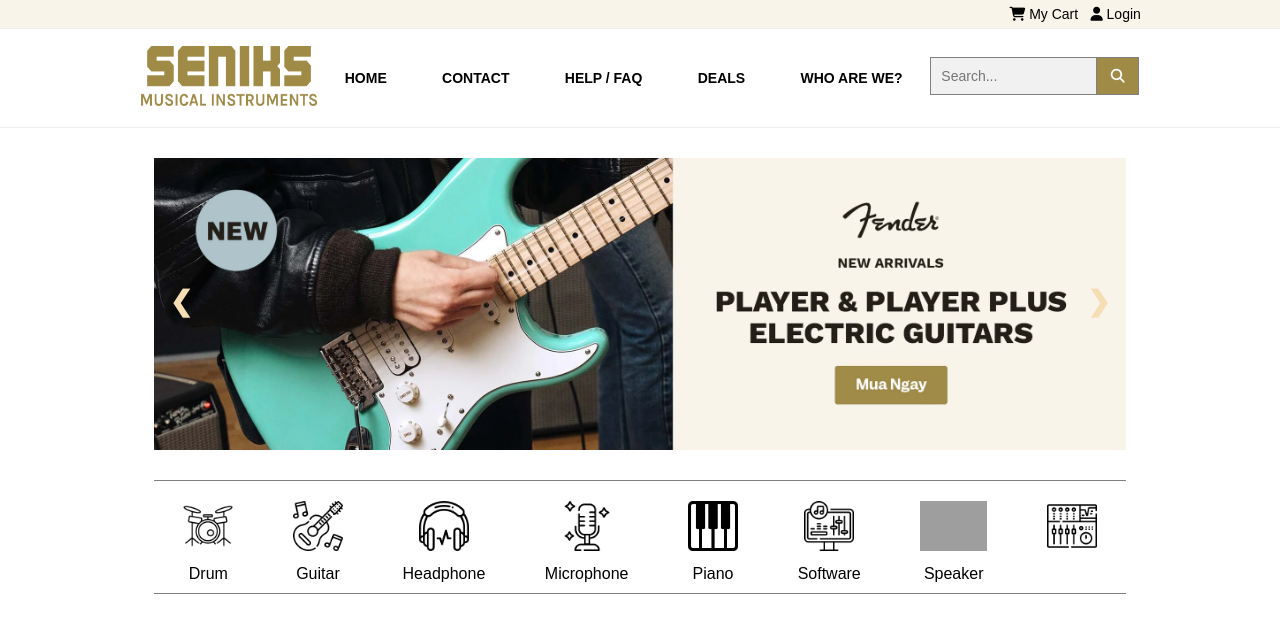
Repository: kuni-hoangnguyen/Do-an-tkweb-nam1
Page: index.html
These files come from the project's save history. The page is drawn as it stood at one moment and after the next save; the edit follows.
The browser window is 1280 px wide. The pictures show the whole page.
Pictures or frames that could not be fetched are drawn as grey boxes.

Above is the page before, as saved 2023-09-18 16:28:23.

After the next save:
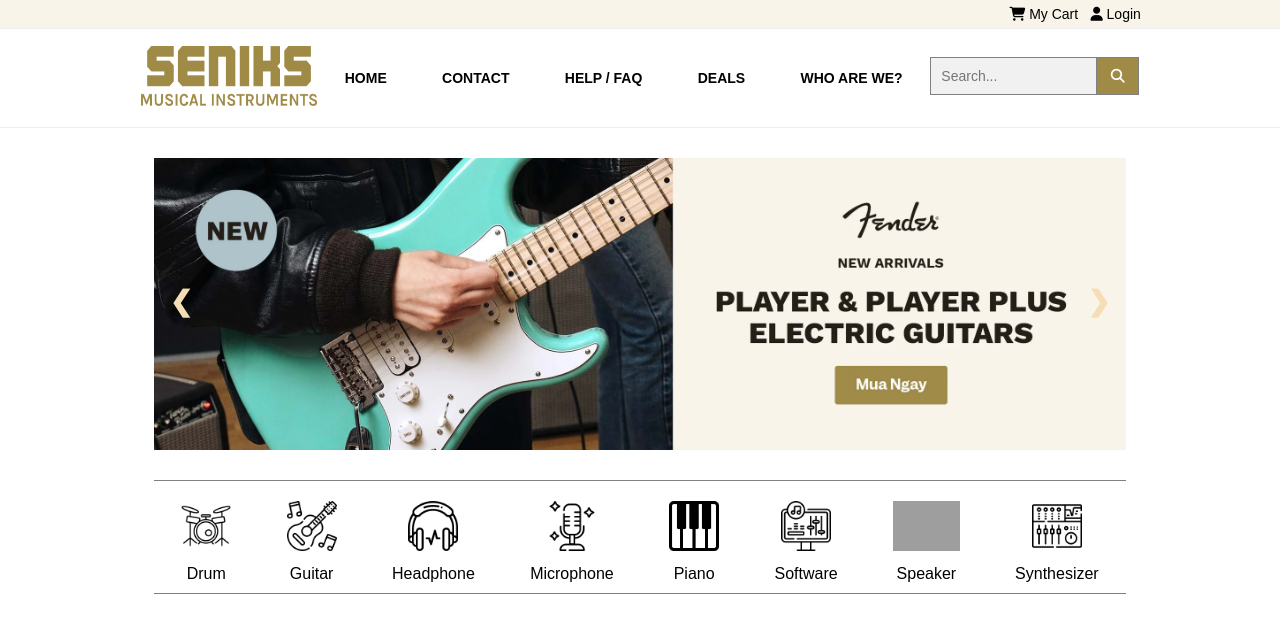
Saved 10 s later.
--- a/index.html
+++ b/index.html
@@ -101,7 +101,7 @@
           </li>
           <li class="list-item">
             <a class="menu-link" href="#">
-              <img src="media/synthesizer.png" alt="">
+              <img src="media/synthesizer.png" alt=""><br>Synthesizer
             </a>
           </li>
         </ul>
